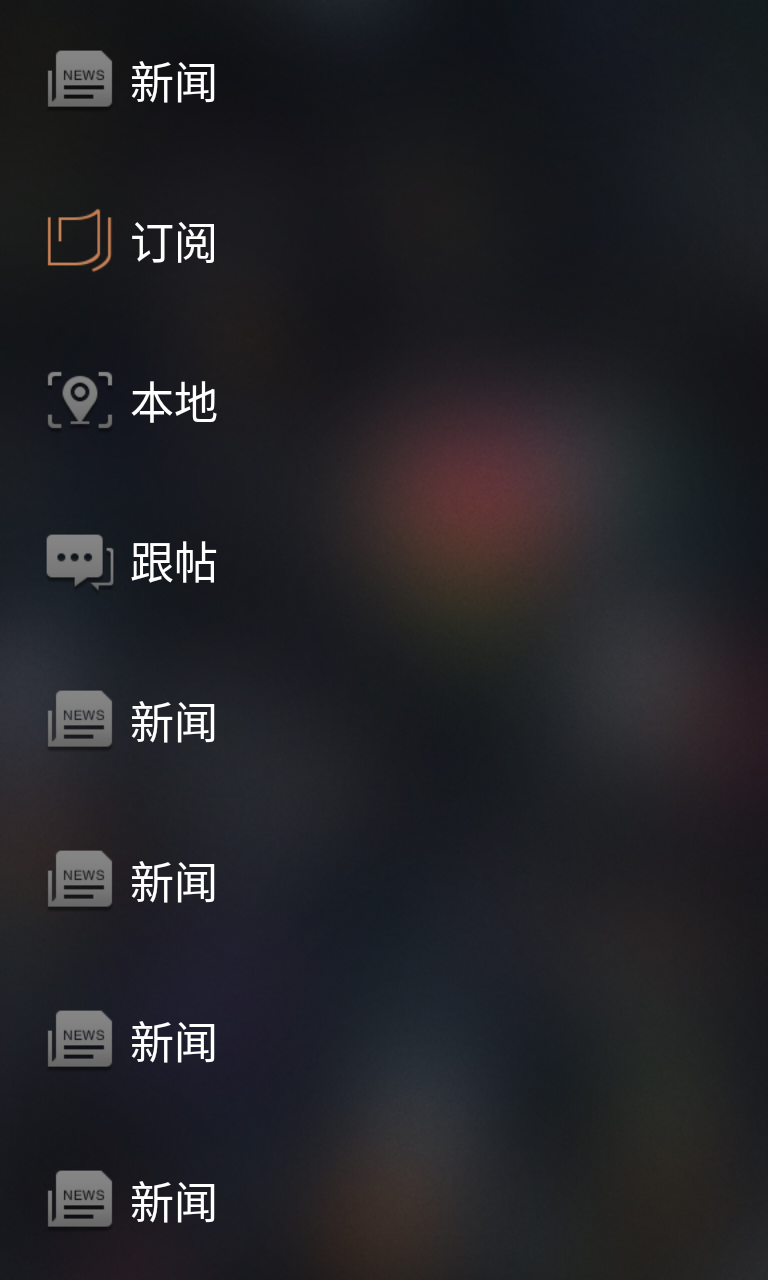
Repository: ASmouse/View
Layout: 05_SlidingMenuDemo14/res/layout/left.xml
An editor plug-in stored every save of this project. The layout is shown before and after the next save, followed by the edit.
It is drawn on a 768 x 1280 px phone screen (xhdpi) without system bars, with theme AppTheme; the app's code is not run.

Above is the layout before, as saved 2015-10-25 02:07:18.

### 05_SlidingMenuDemo14/res/layout/left.xml
<?xml version="1.0" encoding="utf-8"?>
<ScrollView xmlns:android="http://schemas.android.com/apk/res/android"
    android:layout_width="180dip"
    android:layout_height="match_parent"
    android:fillViewport="true"
    android:scrollbars="none" >

    <LinearLayout
        android:layout_width="match_parent"
        android:layout_height="match_parent"
        android:background="@drawable/menu_bg"
        android:orientation="vertical" >

        <TextView
            style="@style/tv_style"
            android:drawableLeft="@drawable/tab_news"
            android:text="新闻" />

        <TextView
            style="@style/tv_style"
            android:drawableLeft="@drawable/tab_read"
            android:text="订阅" />

        <TextView
            style="@style/tv_style"
            android:drawableLeft="@drawable/tab_local"
            android:text="本地" />

        <TextView
            style="@style/tv_style"
            android:drawableLeft="@drawable/tab_ties"
            android:text="跟帖" />

        <TextView
            style="@style/tv_style"
            android:drawableLeft="@drawable/tab_news"
            android:text="新闻" />

        <TextView
            style="@style/tv_style"
            android:drawableLeft="@drawable/tab_news"
            android:text="新闻" />

        <TextView
            style="@style/tv_style"
            android:drawableLeft="@drawable/tab_news"
            android:text="新闻" />

        <TextView
            style="@style/tv_style"
            android:drawableLeft="@drawable/tab_news"
            android:text="新闻" />
    </LinearLayout>

</ScrollView>

### 05_SlidingMenuDemo14/res/values/styles.xml
<resources>

    <!--
        Base application theme, dependent on API level. This theme is replaced
        by AppBaseTheme from res/values-vXX/styles.xml on newer devices.

    -->
    <style name="AppBaseTheme" parent="android:Theme.Light">
        <!--
            Theme customizations available in newer API levels can go in
            res/values-vXX/styles.xml, while customizations related to
            backward-compatibility can go here.

        -->
    </style>

    <!-- Application theme. -->
    <style name="AppTheme" parent="AppBaseTheme">
        <!-- All customizations that are NOT specific to a particular API-level can go here. -->
    </style>

    <style name="tv_style">
        <item name="android:clickable">true</item>
        <item name="android:layout_width">fill_parent</item>
        <item name="android:layout_height">wrap_content</item>
        <item name="android:background">@drawable/tv_bg_selector</item>
        <item name="android:drawablePadding">5dip</item>
        <item name="android:gravity">center_vertical</item>
        <item name="android:padding">20dip</item>
        <item name="android:textColor">#ffffff</item>
        <item name="android:textSize">22sp</item>
    </style>

</resources>

### 05_SlidingMenuDemo14/res/drawable/tv_bg_selector.xml
<?xml version="1.0" encoding="utf-8"?>
<selector xmlns:android="http://schemas.android.com/apk/res/android" >

    <!-- 选中的颜色 -->

	<item android:state_pressed="true" android:drawable="@color/danlv"></item>
	<item android:drawable="@android:color/transparent"></item>
</selector>

### 05_SlidingMenuDemo14/res/values/colors.xml
<?xml version="1.0" encoding="utf-8"?>
<resources>
    <color name="danlv">#3300ff00</color>
</resources>

Loaded but not shown: 05_SlidingMenuDemo14/res/values-v11/styles.xml (common file); 05_SlidingMenuDemo14/res/values-v14/styles.xml (common file)

After the next save:
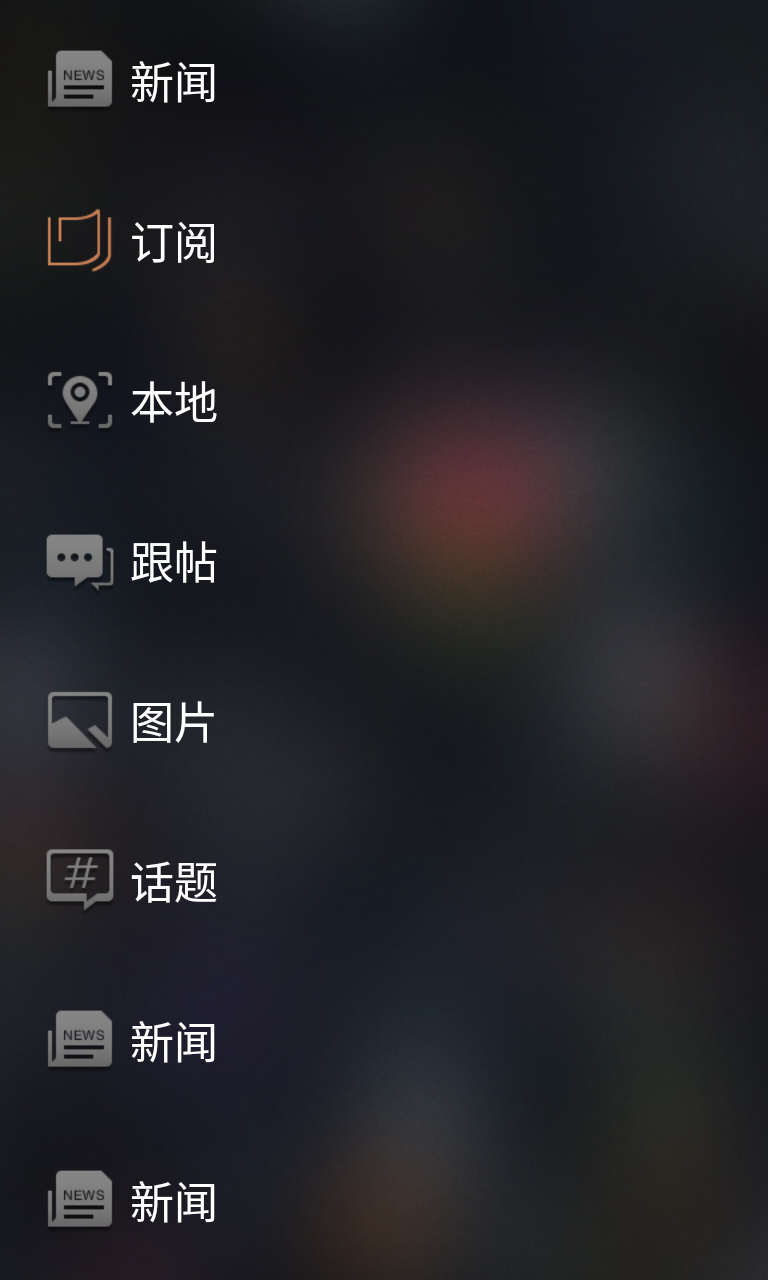
Saved 28 s later.
--- a/05_SlidingMenuDemo14/res/layout/left.xml
+++ b/05_SlidingMenuDemo14/res/layout/left.xml
@@ -33,13 +33,13 @@
 
         <TextView
             style="@style/tv_style"
-            android:drawableLeft="@drawable/tab_news"
-            android:text="新闻" />
+            android:drawableLeft="@drawable/tab_pics"
+            android:text="图片" />
 
         <TextView
             style="@style/tv_style"
-            android:drawableLeft="@drawable/tab_news"
-            android:text="新闻" />
+            android:drawableLeft="@drawable/tab_ugc"
+            android:text="话题" />
 
         <TextView
             style="@style/tv_style"
